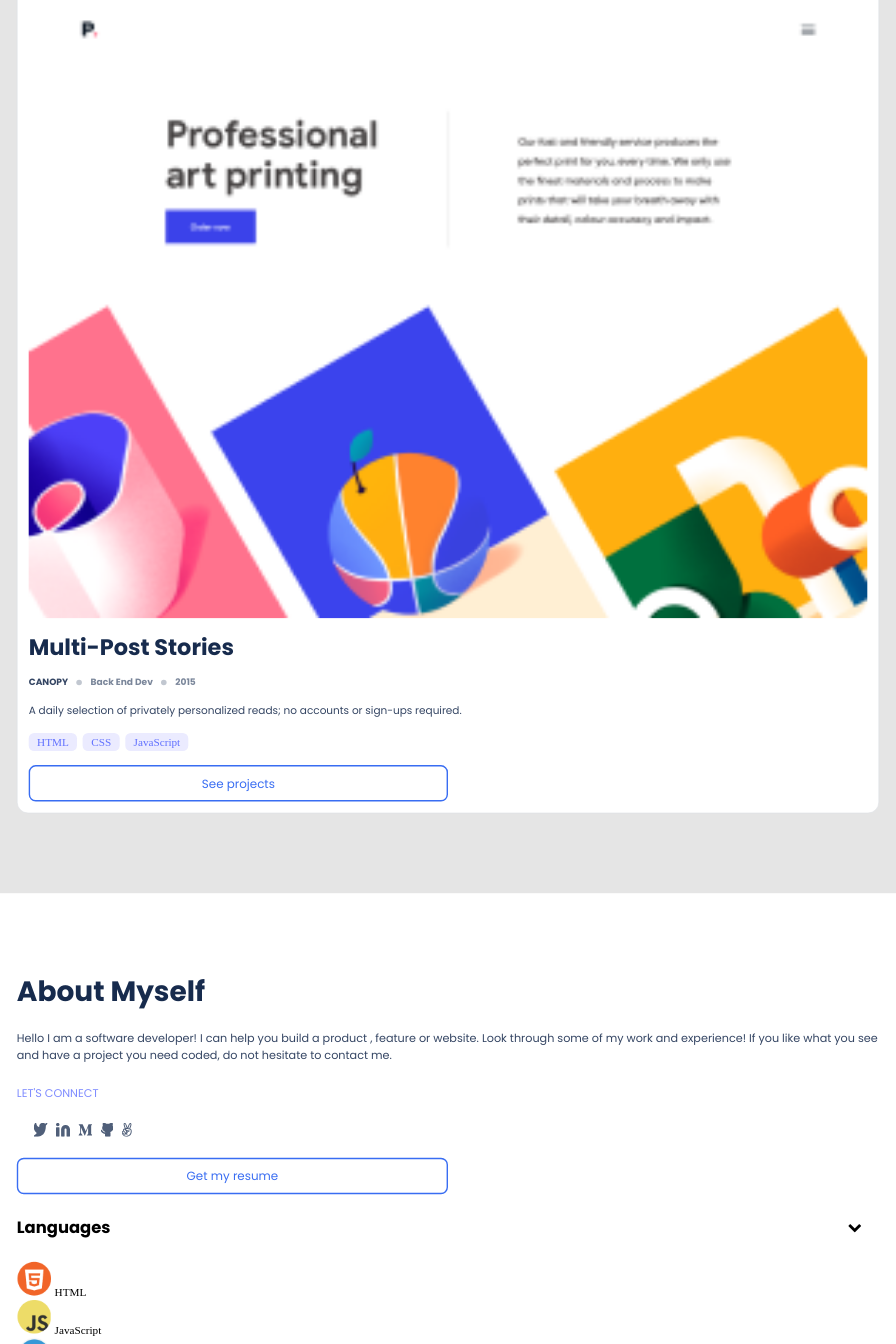
Repository: Paulinelali/potfoilo.github.io
Page: public/index.html
The author's editor kept a copy of each file at every save. The page is drawn from the files as they stood at one save, then again after a run of saves.
The browser window is 1280 px wide. The pictures show the part of the page from y = 4580 to 6500 px (the page is 6989 px tall before and 6880 px after), at 70% of full size.

Above is the page before, as saved 2023-03-31 08:21:59.

After the next 5 saves:
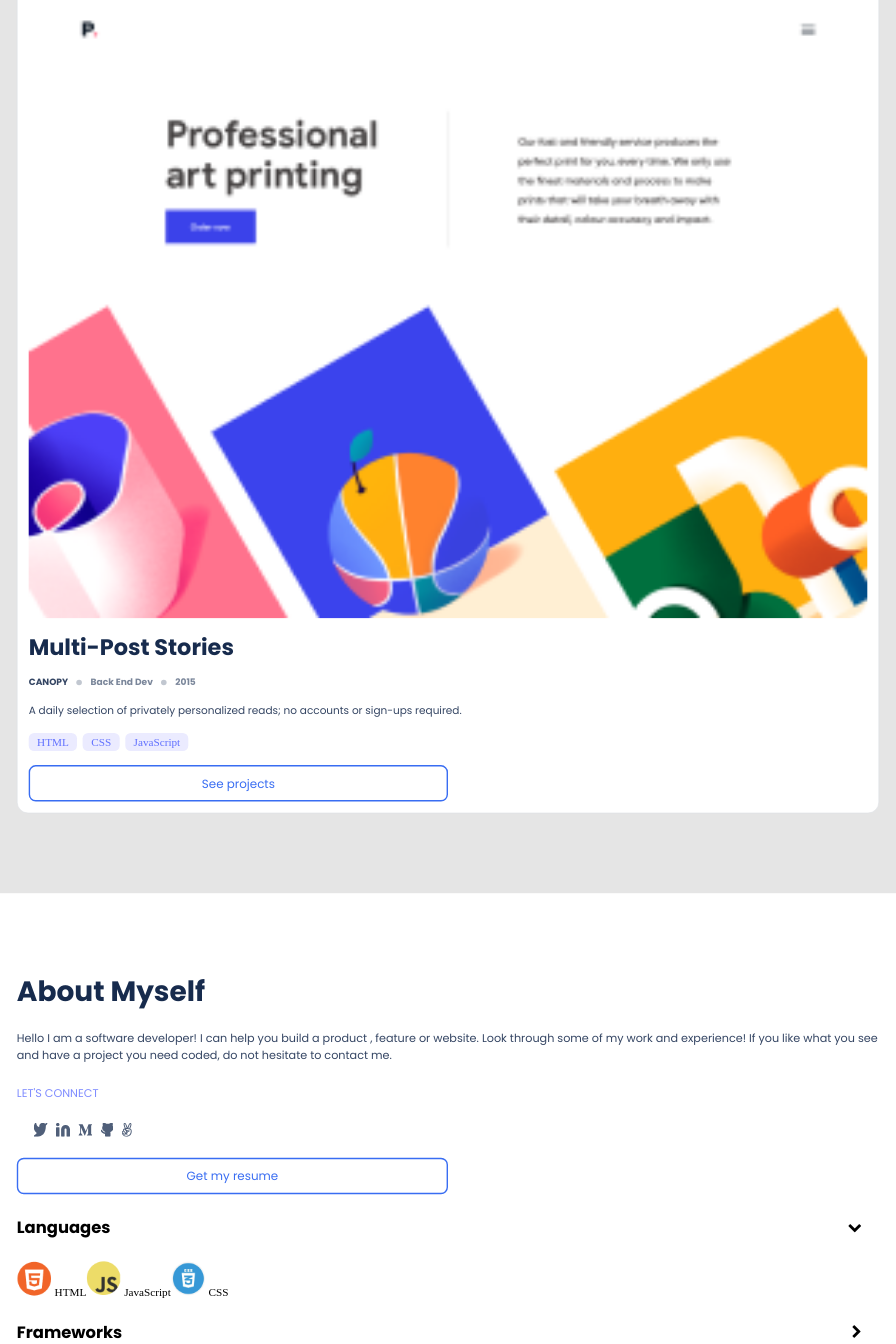
The 5 saves are shown as one change because they came seconds apart.
The last was saved 13 s later.
--- a/styles/style.css
+++ b/styles/style.css
@@ -227,4 +227,7 @@ color: #7F8CFF;
   color: #000000;
 }
 
-.language-list
+.language-list{
+  display: flex;
+
+}
